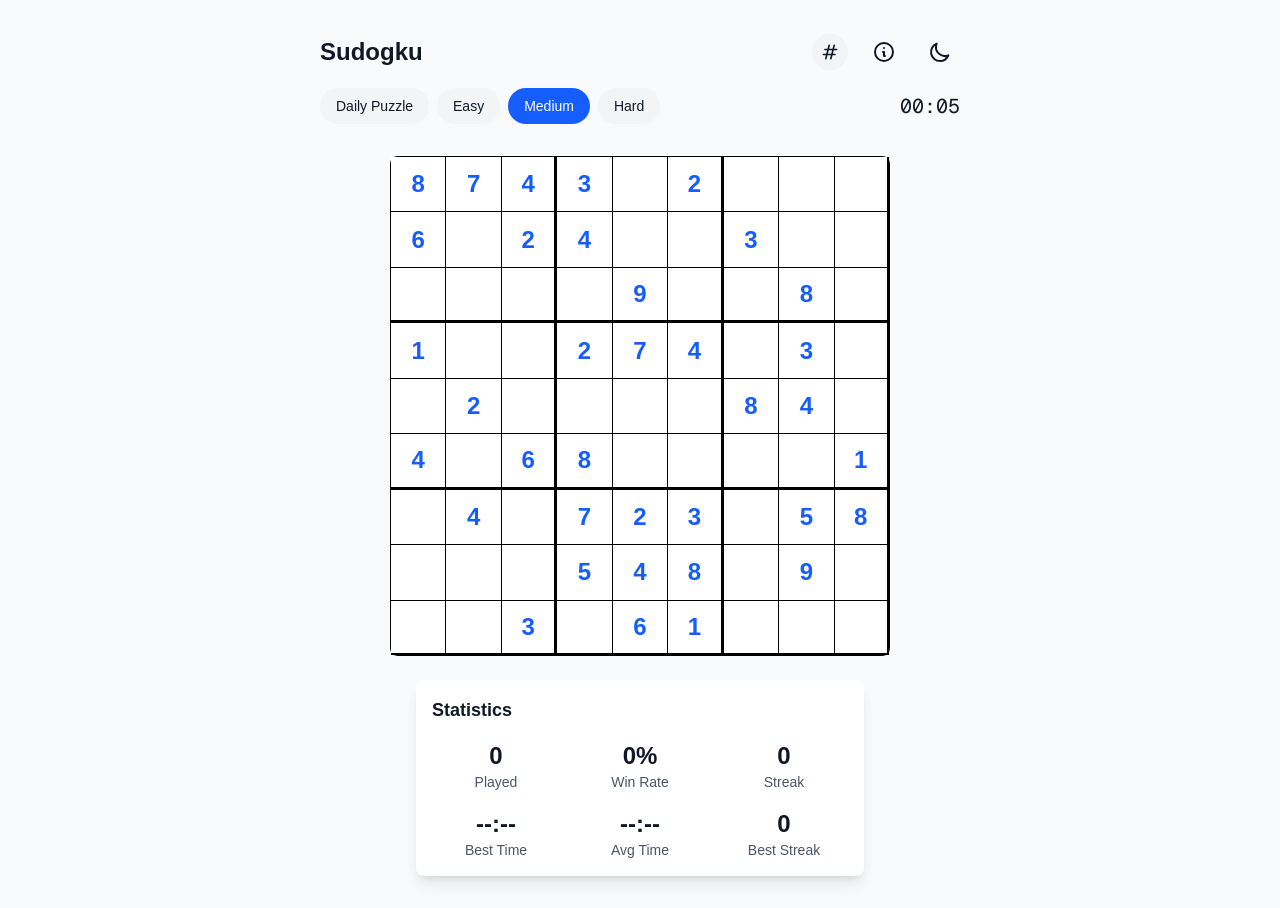
Repository: JavierSilvaF/sudogku
Page: / (app in sudogku-app/)
An editor plug-in stored every save of this project. The page is shown before and after the next save, followed by the edit.
The browser window is 1280 px wide. The pictures show the whole page.
The project was rebuilt for these pictures with package versions that can differ from the ones it lists, and the page was loaded fresh each time. The framework's server and built-in components were replaced by stand-ins that run in the browser. Also part of the build but not shown: sudogku-app/next.config.mjs, sudogku-app/next.config.ts, sudogku-app/src/utils/dogImages.tsx.

Above is the page before, as saved 2025-04-06 03:14:33.

After the next save:
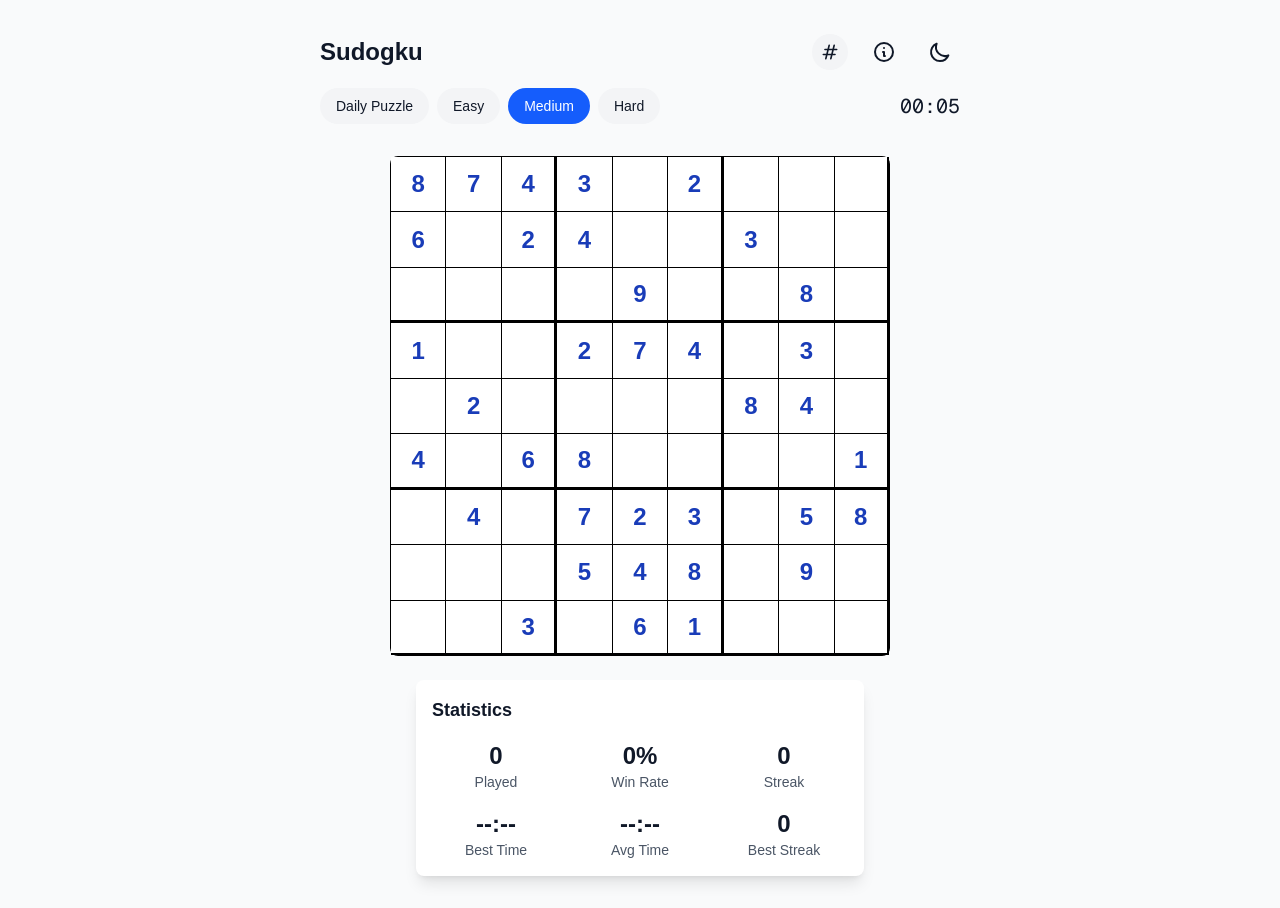
Saved 21 s later.
--- a/sudogku-app/src/components/GameBoard.tsx
+++ b/sudogku-app/src/components/GameBoard.tsx
@@ -178,7 +178,7 @@ export default function GameBoard() {
                   <div
                     className={`w-full h-full flex items-center justify-center text-2xl font-bold ${
                       isInitial
-                        ? 'text-blue-600 dark:text-blue-400'
+                        ? 'text-blue-800 dark:text-blue-500'
                         : 'text-gray-900 dark:text-white'
                     }`}
                   >
